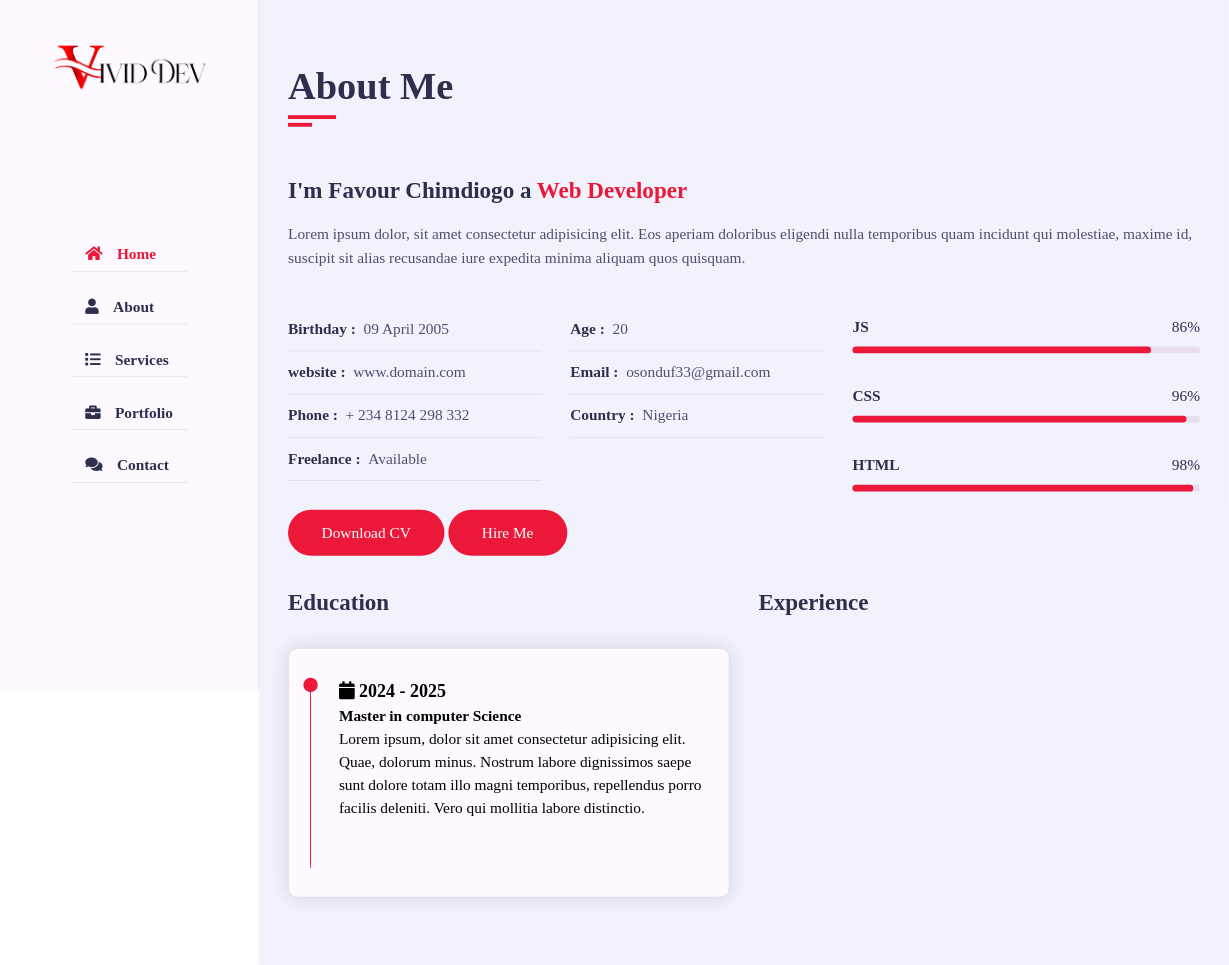
Repository: Big-Fave1/vivid-dev-portfolio
Page: build/index.html
These files come from the project's save history. The page is drawn as it stood at one moment and after the next save; the edit follows.
The browser window is 1280 px wide. The pictures show the whole page, at 96% of full size.
Some web fonts or font styles are not loaded; a fallback is used.

Above is the page before, as saved 2025-05-30 15:37:20.

After the next save:
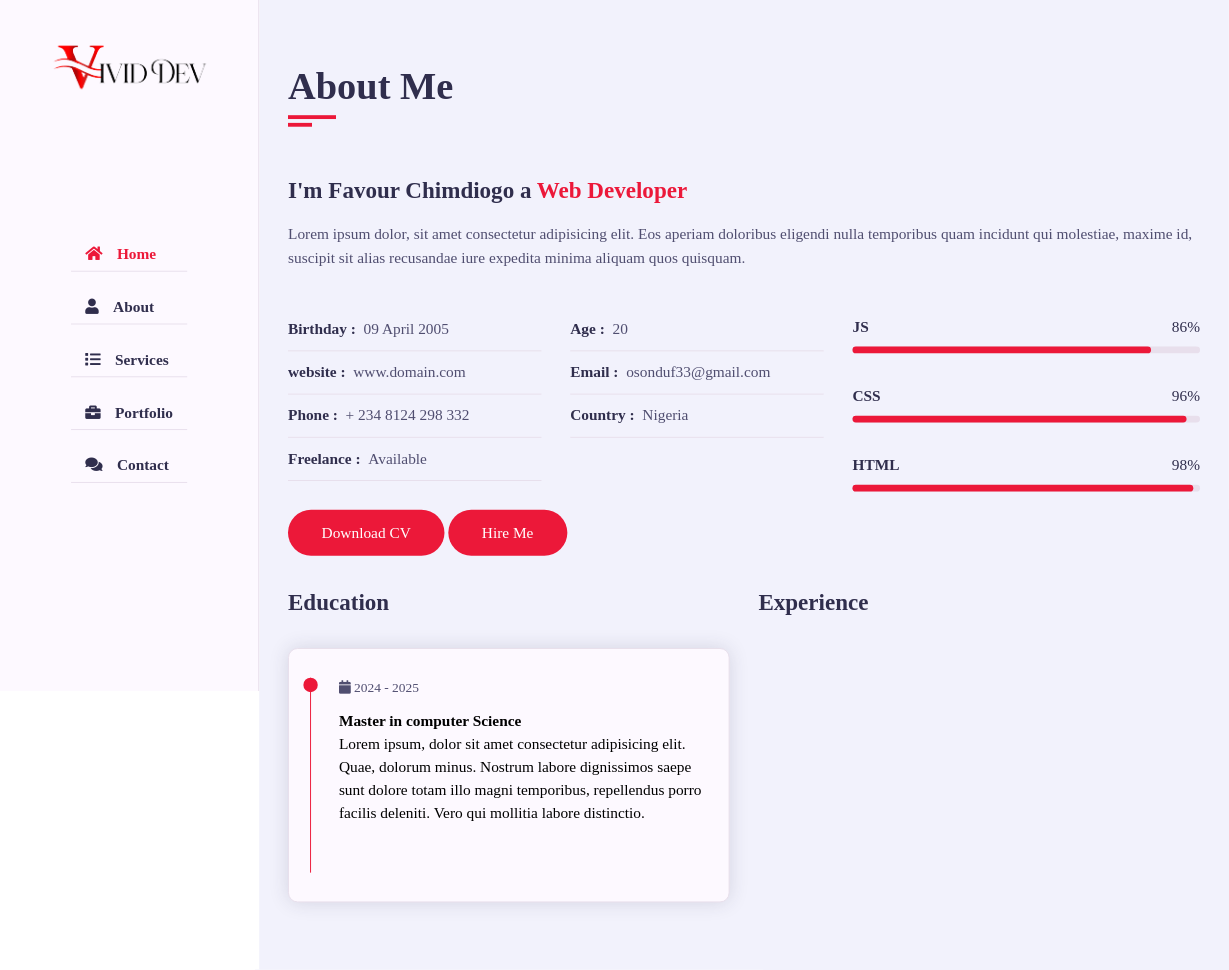
Saved 2 min 2 s later.
--- a/build/css/style.css
+++ b/build/css/style.css
@@ -469,3 +469,10 @@ h3.my-profession
     border-radius: 50%;
     background-color: var(--skin-color);
 }
+.about .about-content .timeline .timeline-date
+{
+    font-weight: 400;
+    font-size: 14px;
+    margin-bottom: 12px;
+    color: var(--text-black-700);
+}
